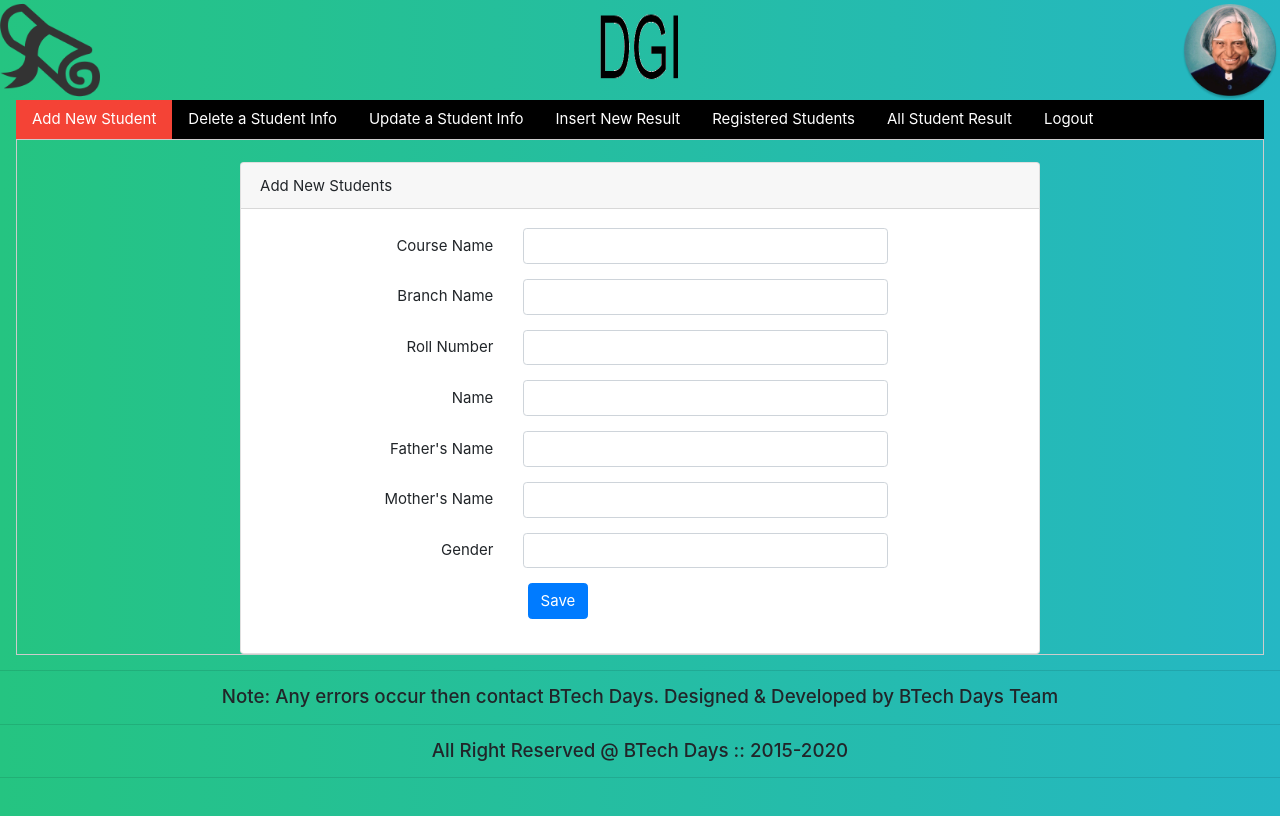
Repository: AlkaDas991/Dbms
Page: http://localhost/Student_Record_Management/adminHome.jsp
The author's editor kept a copy of each file at every save. The page is drawn from the files as they stood at one save, then again after the next save.
The browser window is 1280 px wide. The pictures show the whole page.
Some web fonts or font styles are not loaded; a fallback is used. Some web libraries are served in a nearby version. The page is served by Tomcat 9. Queries for data that is not in the repository find no rows.

Above is the page before, as saved 2021-03-10 01:38:55.
Console error: TypeError: Cannot read properties of undefined (reading 'fn')

After the next save:
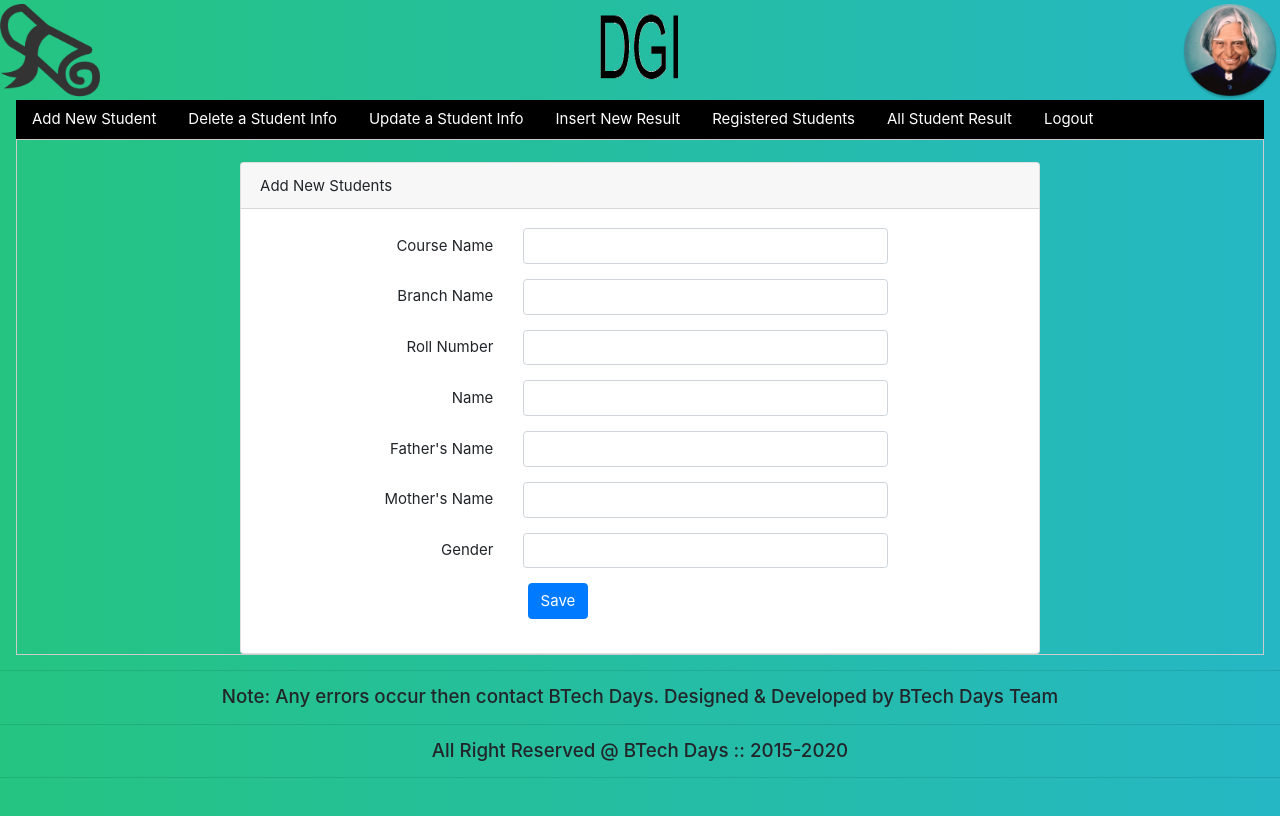
Saved 18 s later.
--- a/Student Record Management/WebContent/adminHome.jsp
+++ b/Student Record Management/WebContent/adminHome.jsp
@@ -8,7 +8,7 @@
 <img src="apj sir.png" align="right"  width="100" height="100"></center>
 <div class="w3-container">
   <div class="w3-bar w3-black">
-    <button class="w3-bar-item w3-button tablink w3-red" onclick="openCity(event,'London')">Add New Student</button>
+    <button class="w3-bar-item w3-button tablink" onclick="openCity(event,'London')">Add New Student</button>
     <button class="w3-bar-item w3-button tablink" onclick="openCity(event,'London')">Delete a Student Info</button>
     <button class="w3-bar-item w3-button tablink" onclick="openCity(event,'London')">Update a Student Info</button>
     <button class="w3-bar-item w3-button tablink" onclick="openCity(event,'Paris')">Insert New Result</button>

After the save that followed:
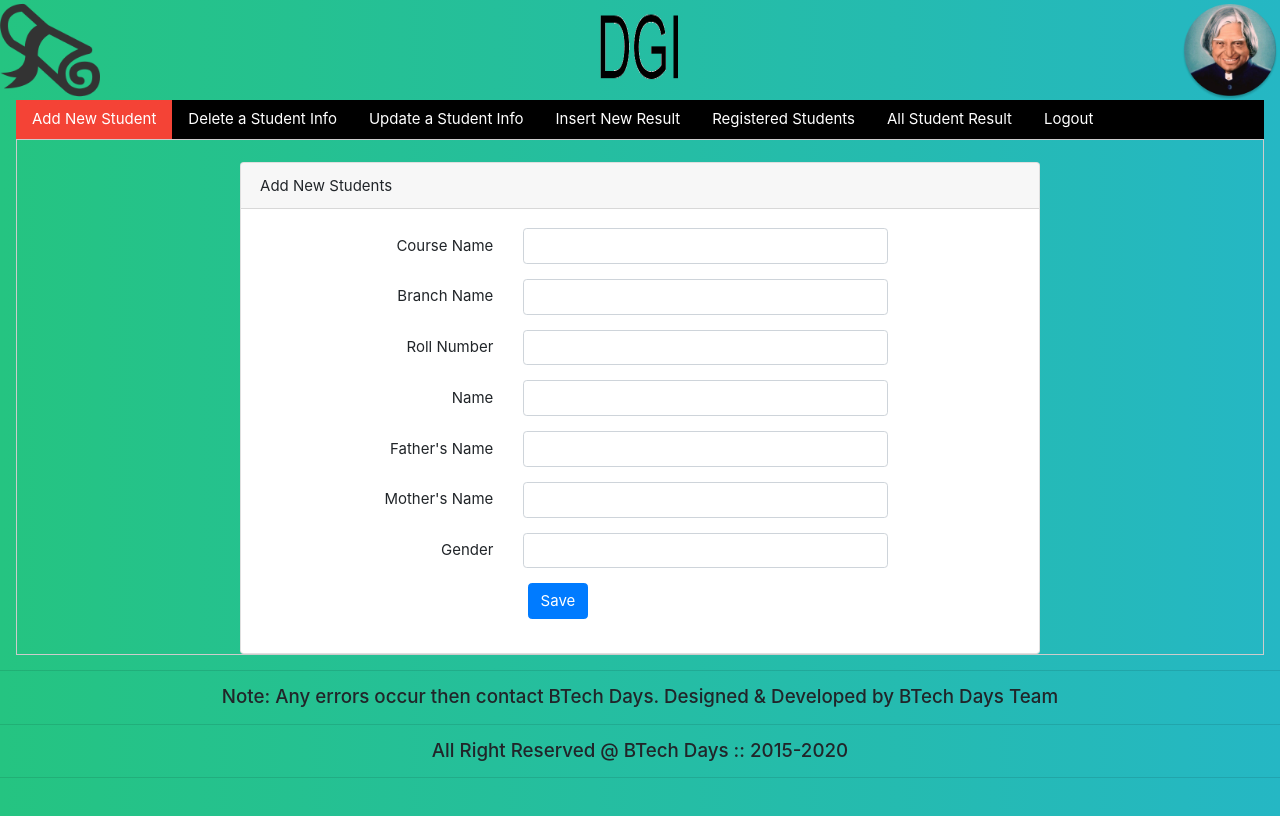
Saved 3 min 12 s later.
--- a/Student Record Management/WebContent/adminHome.jsp
+++ b/Student Record Management/WebContent/adminHome.jsp
@@ -8,7 +8,7 @@
 <img src="apj sir.png" align="right"  width="100" height="100"></center>
 <div class="w3-container">
   <div class="w3-bar w3-black">
-    <button class="w3-bar-item w3-button tablink" onclick="openCity(event,'London')">Add New Student</button>
+    <button class="w3-bar-item w3-button tablink w3-red" onclick="openCity(event,'London')">Add New Student</button>
     <button class="w3-bar-item w3-button tablink" onclick="openCity(event,'London')">Delete a Student Info</button>
     <button class="w3-bar-item w3-button tablink" onclick="openCity(event,'London')">Update a Student Info</button>
     <button class="w3-bar-item w3-button tablink" onclick="openCity(event,'Paris')">Insert New Result</button>
